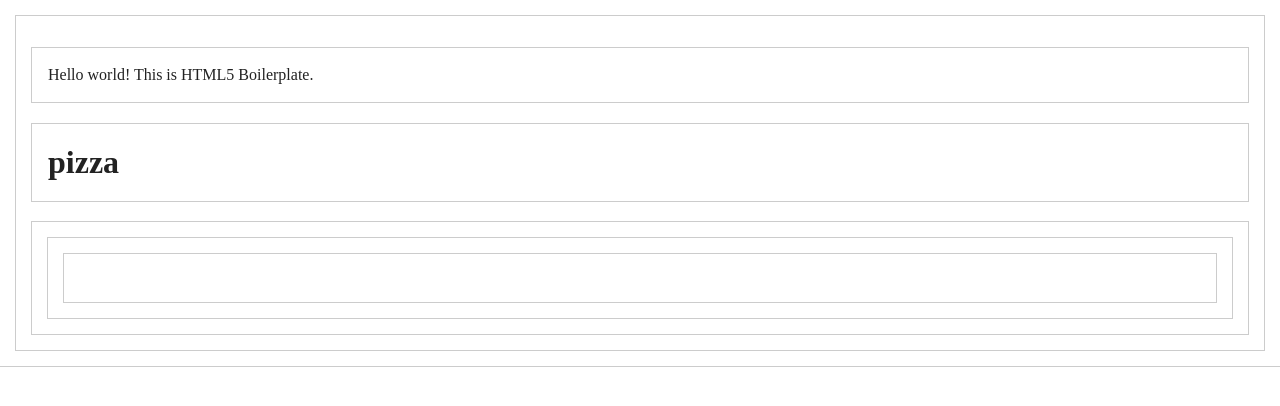
Repository: sierralaurent/MDIA2003-LAB03
Page: LAB03/index.html
These files come from the project's save history. The page is drawn as it stood at one moment and after the next save; the edit follows.
The browser window is 1280 px wide. The pictures show the whole page.

Above is the page before, as saved 2023-01-17 09:21:31.

After the next save:
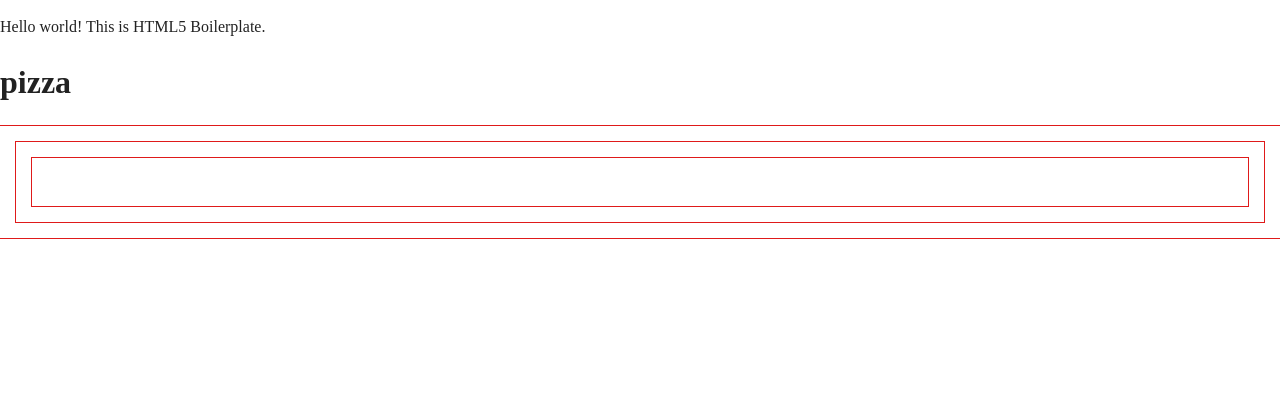
Saved 23 s later.
--- a/LAB03/css/main.css
+++ b/LAB03/css/main.css
@@ -16,8 +16,8 @@ html {
   font-size: 1em;
   line-height: 1.4;
 }
-* {
-    outline: 1px solid #ccc;
+div {
+    outline: 1px solid rgb(223, 26, 26);
     padding: 1rem;
     min-height: 1rem;
 }
